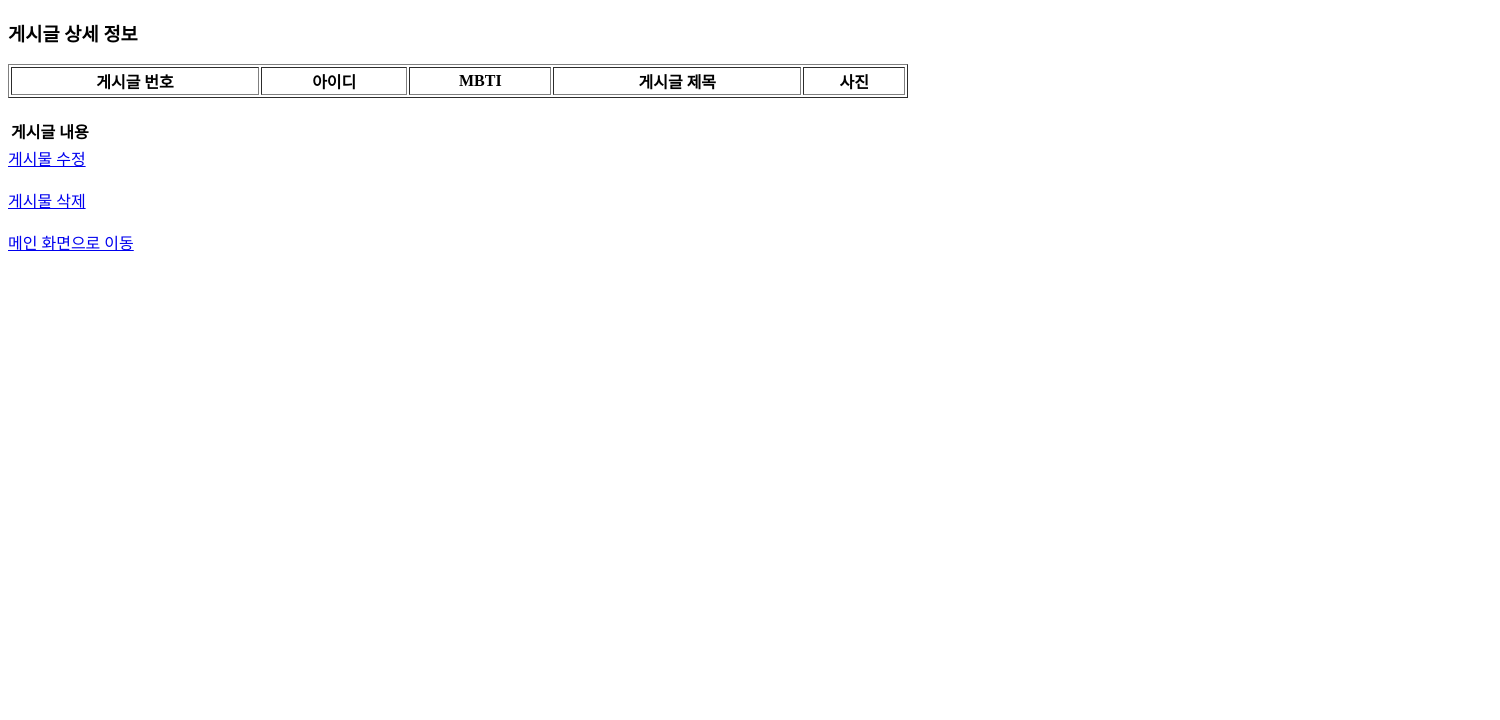
Repository: roditee/backend_mini_project
Page: http://localhost/spring_boot_backend_mini_project1/WEB-INF/views/post/postDetailView.jsp
The author's editor kept a copy of each file at every save. The page is drawn from the files as they stood at one save, then again after the next save.
The browser window is 1280 px wide. The page is 1280 px wide, then 1500 px, so the pictures cover 1500 px, including what lies to the right of the window. The pictures show the whole page.
Some web libraries are served in a nearby version. The page is served by Tomcat 9. Nobody is signed in. Other server files are loaded and not shown. The template is opened directly, without the code that normally fills it, so the values that code supplies are empty.

Above is the page before, as saved 2022-01-19 10:51:45.

### springProject_ex_workspace/spring_boot_backend_mini_project1/src/main/webapp/WEB-INF/views/post/postDetailView.jsp
<%@ page language="java" contentType="text/html; charset=UTF-8"
    pageEncoding="UTF-8"%>
<%@ taglib prefix="c" uri="http://java.sun.com/jsp/jstl/core" %>
<!DOCTYPE html>
<html>
	<head>
		<meta charset="UTF-8">
		<title>게시글 상세 정보</title>
	</head>
	<body>
			<h3>${prd.prdNo } 게시글 상세 정보</h3>
			<table border="1" width="900">
<%-- 				<tr><td>게시글 번호</td><td>${prd.prdNo }</td></tr>
				<tr><td>작성자 아이디</td><td>${prd.prdName }</td></tr>
				<tr><td>작성자 MBTI</td><td>${prd.prdPrice }</td></tr>
				<tr><td>게시글 제목</td><td>${prd.prdCompany }</td></tr>
				<tr><td>이미지</td><td>${prd.prdStock }</td></tr>
<!-- 추가하기 --><tr><td>게시글 내용</td><td>${prd.prdStock }</td></tr> --%>
				<tr><th>게시글 번호</th><th>아이디</th><th>MBTI</th>
						<th>게시글 제목</th><th>사진</th></tr>


				<c:forEach items="${prdList }" var="prd">
			   	<tr><td><a href="<c:url value='/product/detailViewProduct/${prd.prdNo}'/>">${prd.prdNo }</a></td>
			   			<td>${prd.prdName }</td>
			   			<td>${prd.prdPrice }</td>
			   			<td>${prd.prdCompany }</td>
			   			<td>${prd.prdStock }</td>
			   			<td><img src="<c:url value='/images/${prd.prdNo}.jpg'/>" width="30" height="20">
			   					<!-- 또는  -->
			   			        <img src="/mybatis/images/${prd.prdNo}.jpg" width="30" height="20"></td>
			   	</tr>
			   </c:forEach>
			</table><br>
			<table>
			<tr><th>게시글 내용</th></tr>
			 <c:forEach items="${prdList }" var="prd">
			   	<tr><td><a href="<c:url value='/product/detailViewProduct/${prd.prdNo}'/>">${prd.prdNo }</a></td>
			   			<td>${prd.prdStock }</td>
			   	</tr>
			   </c:forEach>
			</table>

			<!-- 상품 정보 수정 화면으로 이동  -->
			<%-- <a href="/mybatis/product/updateProductForm/${prd.prdNo}">상품 정보 수정</a><br><br>
			또는 <br> --%>
			<a href="<c:url value='/product/updateProductForm/${prd.prdNo}'/>">게시물 수정</a><br><br>

			<!-- 상품 정보 삭제 : 삭제 여부 확인 처리 (자바스크립트로) -->
			<a href="javascript:deleteCheck();">게시물 삭제</a><br><br>
			<script type="text/javascript">
				function deleteCheck(){
					var answer = confirm("선택한 게시물을 삭제하시겠습니까?");
					if(answer == true){
						location.href="/product/deleteProduct/${prd.prdNo}";
					}
				}
			</script>

			<a href="<c:url value='/'/>">메인 화면으로 이동</a>
	</body>
</html>

### springProject_ex_workspace/spring_boot_backend_mini_project1/src/main/webapp/WEB-INF/views/layout/top.jsp
<%@ page language="java" contentType="text/html; charset=UTF-8"
    pageEncoding="UTF-8"%>
<%@ taglib prefix="c" uri="http://java.sun.com/jsp/jstl/core"%>
<!DOCTYPE html>
<html>
	<head>
	    <meta charset="UTF-8">
	    <meta http-equiv="X-UA-Compatible" content="IE=edge">
	    <meta name="viewport" content="width=device-width, initial-scale=1.0">
	    <title>KIRRIKKIRI : MBTI 기반 정보 공유</title>
	    <link href="<c:url value='/css/common.css'/>" rel="stylesheet" type="text/css">
	    <link href="<c:url value='/css/menu.css'/>" rel="stylesheet" type="text/css">
	    <link href="<c:url value='/css/mainBanner.css'/>" rel="stylesheet" type="text/css">
	    <link href="<c:url value='/css/section.css'/>" rel="stylesheet" type="text/css">
	    <link href="<c:url value='/css/productDetailView.css'/>" rel="stylesheet" type="text/css">
			<script src="<c:url value='/js/jquery-3.6.0.min.js'/>"></script>
			<script src="<c:url value='/js/main.js'/>"></script>
			<script src="<c:url value='/js/menu.js'/>"></script>
			<script src="<c:url value='/js/chatbot.js'/>"></script>
			<script src="<c:url value='/js/mainBanner.js'/>"></script>
			<script src="<c:url value='/js/zoomImage.js'/>"></script>
	    <script src="<c:url value='/js/mainImg.js'/>"></script>
	    <script src="<c:url value='/js/modal.js'/>"></script>
	    <script src="<c:url value='/js/moveScreen.js'/>"></script>
	    <script src="<c:url value='/js/selectBox.js'/>"></script>
	    <script src="<c:url value='/js/cart.js'/>"></script>
	    <script src="https://kit.fontawesome.com/2d323a629b.js" crossorigin="anonymous"></script>
    </head>
	<body>
		<header>
			<div id="header">
				<div id="mainLogo"><a href="<c:url value='/'/>"><h2>KIRRIKKIRI</h2></a></div>
            	<div id="userManageBtn">
            		<!-- 메뉴 : 로그인 하지 않은 경우  -->
								<c:if test="${empty sessionScope.sid }">
									<a href="<c:url value='/mbtiInfo'/>">MBTI</a>
                  <a href="<c:url value='/join'/>">Join</a>
                  <a href="<c:url value='/login'/>">Login</a>
								</c:if>

								<!-- 메뉴 : 로그인 한 경우  -->
								<c:if test="${not empty sessionScope.sid}">
									<a href="<c:url value='/logout'/>">로그아웃</a>
									<a href="<c:url value='/cart'/>">장바구니</a>
									<a href="<c:url value='/mbtiInfo'/>">MBTI</a>
									<a href="<c:url value='/myFeed'/>">${sessionScope.sid}'s Feed</a>
								</c:if>

                </div>
            </div>
		</header>

        <nav>
            <div class="menu-btn">
                <div class="line line--1"></div>
                <div class="line line--2"></div>
                <div class="line line--3"></div>
            </div>

            <div class="nav-links">
                <ul id="menuGroup">
                    <li class="menu link"><a href="#">NOTICE</a>
                        <ul class="hide">
                            <li class="subMenu"><a href="<c:url value='/'/>">HOME</a></li>
                            <li class="subMenu"><a href="<c:url value='/'/>">공지사항</a></li>
                            <li class="subMenu"><a href="<c:url value='/'/>">EVENT</a></li>
                            <li class="subMenu"><a href="<c:url value='/'/>">FAQ</a></li>
                        </ul>
                    </li>
                    <li class="menu link"><a href="#">MBTI</a>
                        <ul class="hide">
                            <li class="subMenu"><a href="#hotItemsSection">인기 게시글</a></li>
                            <li class="subMenu"><a href="#KIRRIRecommendSection">KIRRI 추천 게시글</a></li>
                            <li class="subMenu"><a href="<c:url value='/mbtiInfo'/>">MBTI 유형별 특징</a></li>
                        </ul>
                    </li>
                    <li class="menu link"><a href="#">KIRRI'S</a>
                        <ul class="hide">
                        		<li class="subMenu"><a href="<c:url value='/'/>">KIRRI's 굿즈</a></li>
                            <li class="subMenu"><a href="<c:url value='/'/>">BrandStory</a></li>
                            <li class="subMenu"><a href="<c:url value='/'/>">주요 사업</a></li>
                            <li class="subMenu"><a href="<c:url value='/'/>">오시는 길</a></li>
                        </ul>
                    </li>
                    <li class="menu link"><a href="#">mbti메뉴</a>
                        <ul class="hide">
                            <li class="subMenu"><a href="<c:url value='/'/>">INTJ</a></li>
                            <li class="subMenu"><a href="<c:url value='/'/>">INTP</a></li>
                            <li class="subMenu"><a href="<c:url value='/'/>">ENTJ</a></li>
                            <li class="subMenu"><a href="<c:url value='/'/>">ENTP</a></li>
                            <li class="subMenu"><a href="<c:url value='/'/>">INFJ</a></li>
                            <li class="subMenu"><a href="<c:url value='/'/>">INFP</a></li>
                            <li class="subMenu"><a href="<c:url value='/'/>">ENFJ</a></li>
                            <li class="subMenu"><a href="<c:url value='/'/>">ENFP</a></li>
                            <li class="subMenu"><a href="<c:url value='/'/>">ISTJ</a></li>
                            <li class="subMenu"><a href="<c:url value='/'/>">ISFJ</a></li>
                            <li class="subMenu"><a href="<c:url value='/'/>">ESTJ</a></li>
                            <li class="subMenu"><a href="<c:url value='/'/>">ESFJ</a></li>
                            <li class="subMenu"><a href="<c:url value='/'/>">ISTP</a></li>
                            <li class="subMenu"><a href="<c:url value='/'/>">ISFP</a></li>
                            <li class="subMenu"><a href="<c:url value='/'/>">ESTP</a></li>
                            <li class="subMenu"><a href="<c:url value='/'/>">ESFP</a></li>
                        </ul>
                    </li>
                </ul>
            </div>
        </nav>
	</body>
</html>

### springProject_ex_workspace/spring_boot_backend_mini_project1/src/main/webapp/WEB-INF/views/layout/bottom.jsp
<%@ page language="java" contentType="text/html; charset=UTF-8"
    pageEncoding="UTF-8"%>
<%@ taglib prefix="c" uri="http://java.sun.com/jsp/jstl/core" %>
<!DOCTYPE html>
<html>
	<head>
		<meta charset="UTF-8">
		<title>KIRRIKKIRI : MBTI 기반 정보 공유</title>
	</head>
	<body>
		<footer>
            <div id="footer">
                <div id="footerInfo">
                    <div id="info1">
                        <h2>KIRRIKKIRI's 고객센터</h2>
                        <h3>1588-7272</h3>
                    </div>
                    <div id="info2">
                        상담시간&nbsp;|&nbsp;
                        평일 10:00 ~ 17:00&nbsp;|&nbsp;
                        주말, 공휴일 휴무&nbsp;|&nbsp;
                        점심시간 12:00 ~ 13:00
                    </div>
                    <div id="info3">
                        <a href="<c:url value='/'/>">브랜드 스토리</a>&nbsp;|&nbsp;
                        <a href="<c:url value='/'/>">회사 소개</a>&nbsp;|&nbsp;
                        <a href="<c:url value='/'/>">채용 정보 </a>&nbsp;|&nbsp;
                        <a href="<c:url value='/'/>">이용 약관</a>&nbsp;|&nbsp;
                        <a href="<c:url value='/'/>">개인 정보 처리 방침</a>&nbsp;|&nbsp;
                        <a href="<c:url value='/'/>">이용 안내</a>&nbsp;|&nbsp;
                        <a href="<c:url value='/'/>">공지사항</a>&nbsp;|&nbsp;
                        <a href="<c:url value='/'/>">고객센터</a>&nbsp;|&nbsp;
                        <a href="<c:url value='/'/>">고객의 소리</a>&nbsp;|&nbsp;
                        <a href="<c:url value='/'/>">제휴/광고 문의</a>
                    </div>
                    <div id="info4">
                        상호명 : (주) KIRRIKKIRI<br/>
                        이메일(고객 문의) : kirrikkiri@mbti.com<br/>
                        주소 : 코끼리아저시 코가손이구 727-2
                    </div>
                </div>
                <div id="toTop">
                    <i id="toTopBtn" class="far fa-hand-point-up"></i>
                </div>
                <div id="chat">
                    <i id="chatbot" class="far fa-comment-alt"></i>
                </div>
            </div>
        </footer>
	</body>
</html>

### springProject_ex_workspace/spring_boot_backend_mini_project1/src/main/resources/static/css/common.css
* {
  margin: 0;
  padding: 0;
  box-sizing: border-box;
}

html {
  scroll-behavior: smooth;
}

html,
body {
  height: 100%;
}

body {
  background: #9b8373;
}
#wrap {
  width: 1500px;
  margin: 0 auto;
}

/************* Header ************/
#header {
  position: relative;
  width: 100%;
  height: 120px;
  background: #9b8373;
  text-align: center;
}

/* main logo */
#mainLogo {
  padding: 10px;
  margin-top: 25px;
}

#mainLogo a {
  text-decoration: none;
  color: #e9e7e3;
  margin-top: 17px;
  font-size: 29px;
}

#mainLogo h2 {
  display: inline;
}

/* btn */
#userManageBtn {
  margin-right: 30px;
}

#userManageBtn > a {
  float: right;
  color: #e9e7e3;
  text-decoration: none;
  font-size: 18px;
  font-weight: bold;
  padding: 0 8px;
}

#userManageBtn > a:hover {
  color: black;
}

/************* SearchBar ************/
#SearchBarBox {
  padding: 50px 0;
}

#SearchBar {
  display: flex;
  justify-content: space-evenly;
  align-items: center;
  width: 40%;
  height: 65px;
  font-size: 20px;
  background-color: #e0d0c0;
  border-radius: 50px;
  padding: 0 20px;
  margin: 0 auto;
}

#SearchBar > div:nth-child(2) {
  width: 80%;
}

#SearchBar:hover {
  background-color: rgb(209, 192, 175);
}

#searchBarInput {
  width: 100%;
  height: 40px;
  background: transparent;
  border: none;
  padding-left: 25px;
  font-size: 20px;
}

#searchBarInput:focus {
  outline: none;
}

#searchBtn {
	visibility: hidden;
}

#SearchBar i:hover {
  opacity: 0.5;
}

/* hotItems */

.mbtiItemsImg {
  box-shadow: 10px 10px 10px -5px rgba(25, 42, 70, 0.2);
  border-radius: 8px;
  margin: 0 10px;
  transition: 0.4s;
  flex-shrink: 0;
}

.mbtiItemsImg:hover {
  box-shadow: 10px 10px 10px 0px rgba(25, 42, 70, 0.2);
  transform: translate(0, -5px);
}

#hotItemsSection {
  margin-top: 145px;
}

.class-list {
  display: flex;
  list-style: none;
  padding: 1rem 0;
  margin: 0;
  overflow: none;
}

a {
  text-decoration-line: none;
}

.class-card {
  height: 300px;
  width: 200px;
  margin: 0 20px;
  transition: 0.4s;
  border-radius: 20px;
  box-shadow: 10px 10px 10px -5px rgba(25, 42, 70, 0.2);
  background-color: #947070;
  transition: 0.4s;
  flex-shrink: 0;
}

.class-card2 {
  height: 450px;
  width: 400px;
  margin: 0 20px;
  transition: 0.4s;
  border-radius: 20px;
  box-shadow: 10px 10px 10px -5px rgba(25, 42, 70, 0.2);
  background-color: #947070;
  transition: 0.4s;
  flex-shrink: 0;
}

.class-card:hover {
  box-shadow: 10px 10px 10px 0px rgba(25, 42, 70, 0.2);
  transform: translate(0, -5px);
}

.class-card2:hover {
  box-shadow: 10px 10px 10px 0px rgba(25, 42, 70, 0.2);
  transform: translate(0, -5px);
}

.class-image {
  max-width: 200px;
  border-radius: 8px 8px 0 0;
}

.class-image2 {
  max-width: 400px;
  max-height: 300px;
  border-radius: 8px 8px 0 0;
}

.class-container {
  width: 100%;
  padding: 0.5rem 1rem 1rem 1rem;
}

.class-skill {
  display: flex;
  justify-content: space-between;
  align-items: center;
}

.class-type {
  font-size: 0.9rem;
  color: #e9e7e3;
}

.class-format {
  font-size: 0.9rem;
  color: #fff;
  background-color: #bd8f3c;
  padding: 0.2rem;
}

.class-desc {
  width: 100%;
  margin-top: 1rem;
  color: #e9e7e3;
}

.class-desc:hover {
  color: #f8b132;
}

.class-title {
  font-weight: bold;
  color: inherit;
  width: 100%;
  white-space: nowrap;
  overflow: hidden;
  text-overflow: ellipsis;
  margin-bottom: 0.5rem;
}

.class-detail {
  font-size: 0.9rem;
  color: inherit;
  line-height: 1.5rem;
}

/************* Footer ************/
#footer {
  margin-top: 150px;
  width: 100%;
  height: 400px;
  padding: 80px 13px 35px 13px;
  background: #9b8373;
}

/* info */
#info1 h3 {
  margin-top: 8px;
}

#footerInfo > div {
  margin-top: 18px;
  color:#e9e7e3;
}

#footer a {
  text-decoration: none;
  color: #e9e7e3;
  margin: 0 12px 0 0;
}

#info4 {
  line-height: 28px;
}

/* toTopBtn */
#toTopBtn {
  position: fixed;
  top: 90%;
  left: 90%;
  font-size: 50px;
  color:#e9e7e3;
}

#toTopBtn:hover {
  opacity: 0.7;
  cursor: pointer;
}

/* chatbot */
#chatbot {
  position: fixed;
  top: 84%;
  left: 90%;
  font-size: 50px;
  color:#e9e7e3;
}

#chatbot:hover {
  opacity: 0.7;
  cursor: pointer;
}

### springProject_ex_workspace/spring_boot_backend_mini_project1/src/main/resources/static/css/menu.css
/************* Menu ************/
nav {
  /* overflow: hidden; */
  position: relative;
  transform: translateX(-170px);
  width: 270px;
  transition: all 800ms cubic-bezier(0.8, 0, 0.33, 1);
  border-radius: 0% 0% 100% 50%;
}

nav.nav-open {
  transform: translateX(0px);
  border-radius: 0% 0% 0% 0%;
  background: rgba(255, 255, 255, 0.6);
  z-index: 10000;
}

nav .menu-btn {
  position: fixed;
  top: -80px;
  left: 84%;
  padding: 0;
  width: 30px;
  cursor: pointer;
  z-index: 2;
}

nav .menu-btn .line {
  padding: 0;
  width: 30px;
  background:#e9e7e3;
  height: 2px;
  margin: 5px 0;
  transition: all 700ms cubic-bezier(0.9, 0, 0.33, 1);
}

nav .menu-btn .line.line--1 {
  width: 30px;
  transform: rotate(0) translateY(0);
}

nav .menu-btn .line.line--1.line-cross {
  width: 30px;
  transform: rotate(45deg) translateY(10px);
  background: #e9e7e3;
}

nav .menu-btn .line.line--2 {
  width: 28px;
  transform: translateX(0);
}

nav .menu-btn .line.line--2.line-fade-out {
  width: 28px;
  transform: translate(30px);
  opacity: 0;
}

nav .menu-btn .line.line--3 {
  width: 20px;
  transform: rotate(0) translateY(0);
}

nav .menu-btn .line.line--3.line-cross {
  width: 30px;
  transform: rotate(-45deg) translateY(-10px);
  background: #e9e7e3;
}

nav .nav-links {
  position: absolute;
  left: 0;
  top: 0;
  width: 100%;
  height: 100%;
  display: flex;
  flex-direction: column;
  justify-content: center;
  transform: translateX(-100px);
  opacity: 0;
  transition: all 900ms cubic-bezier(0.9, 0, 0.33, 1);
}

nav .nav-links.fade-in {
  opacity: 1;
  transform: translateX(0px);
}

nav .nav-links .link {
  margin: 20px 0 30px 0;
  text-decoration: none;
  font-family: sans-serif;
  color: #e9e7e3;
  font-weight: 700;
  text-transform: uppercase;
  font-size: 10px;
  transition: all 300ms cubic-bezier(0.9, 0, 0.33, 1);
}

nav .nav-links .link:hover {
  color: #e9e7e3;
}

.link a {
  margin: 0 20px;
  color: rgb(70, 53, 40);
  font-size: 18px;
  transition: all 400ms ease;
  font-size: 18px;
}

a:hover {
  color: #8b6452;
}

#subMenuList {
  list-style: none;
}

#menuGroup {
  list-style: none;
  position: absolute;
  top: -100px;
  background: #e0d0c0;
  z-index: 100;
  border-top-right-radius: 78px;
  border-bottom-right-radius: 78px;
  width: 205px;
}

.menu .hide {
  display: none;
}

.hide {
  list-style: none;
  padding-left: 10px;
  padding-top: 4px;
}

.subMenu {
  margin-bottom: 3px;
}

.subMenu > a {
  text-decoration: none;
}

### springProject_ex_workspace/spring_boot_backend_mini_project1/src/main/resources/static/css/mainBanner.css
/* mainBanner.css */

#mainBanner {
  position: relative;
  width: 100%;
  height: 570px;
  background: #f4f2f1;
  z-index: -100;
}

/* 폰트 적용 */
@import url(//fonts.googleapis.com/earlyaccess/notosanskr.css);

html {
  font-family: "Noto Sans KR", sans-serif;
}

/* 노말라이즈 */
body,
ul,
li,
h1,
h2,
h3,
h4,
h5 {
  margin: 0;
  padding: 0;
  list-style: none;
}

a {
  color: inherit;
  text-decoration: none;
}

/* 커스텀 */

/* 슬라이더 1 시작 */
.slider-1 {
  height: 400px;
  position: relative;
}

/* 슬라이더 1 - 페이지 버튼 */
.slider-1 > .page-btns {
  text-align: center;
  position: absolute;
  bottom: 20px;
  left: 0;
  width: 100%;
}

.slider-1 > .page-btns > div {
  width: 20px;
  height: 20px;
  background-color: rgba(255, 255, 255, 0.5);
  border-radius: 4px;
  display: inline-block;
  cursor: pointer;
}

.slider-1 > .page-btns > div.active {
  background-color: rgba(255, 255, 255, 1);
}

/* 슬라이더 1 - 슬라이드 */

.slider-1 > .slides > div {
  position: absolute;
  top: 0;
  left: 0;
  right: 0;
  bottom: 0;
  opacity: 0;
  transition: opacity 0.3s;
  background-position: center;
  background-size: cover;
  background-repeat: no-repeat;
}

.slider-1 > .slides > div.active {
  opacity: 1;
}

/* 슬라이더 좌우 버튼 */
.slider-1 > .side-btns > div {
  position: absolute;
  top: 0;
  left: 0;
  width: 25%;
  height: 100%;
  cursor: pointer;
}
.slider-1 > .side-btns > div:last-child {
  left: auto;
  right: 0;
}
.slider-1 > .side-btns > div > span {
  position: absolute;
  top: 50%;
  left: 20px;
  transform: translatey(-50%);
  background-color: white;
  opacity: 0.5;
  padding: 1px 13px;
  border-radius: 50px;
  font-size: 25px;
}
.slider-1 > .side-btns > div:last-child > span {
  left: auto;
  right: 20px;
}

/* 슬라이더 1 끝 */

/************* prev/next Button ************/
#prevNextBtnGroup {
  position: relative;
  z-index: 10;
}

#prevBtn {
  position: absolute;
  top: 240px;
  left: 2%;
  width: 65px;
  opacity: 0.6;
  cursor: pointer;
  color: red;
}

#nextBtn {
  position: absolute;
  top: 240px;
  right: 2%;
  width: 65px;
  opacity: 0.6;
  cursor: pointer;
  color: red;
}

#prevBtn:hover {
  opacity: 0.8;
}
#nextBtn:hover {
  opacity: 0.8;
}

/************* slideBanner ************/
#slideBannerGroup {
  width: 100%;
  height: 530px;
  overflow: hidden;
  text-align: center;
}

#slideBanner {
  position: relative;
  width: 7500px;
  height: 530px;
}

.bannerItems {
  float: left;
  width: 1500px;
  height: 530px;
}

/************* 배너 하단 control Button ************/
#bannerControlGroup {
  margin: 0 auto;
  width: 160px;
  text-align: center;
}

.bannerControl {
  margin: 15px 5px 0 5px;
  width: 12px;
  height: 12px;
}

### springProject_ex_workspace/spring_boot_backend_mini_project1/src/main/resources/static/css/section.css
/************* Section ************/

/************* MBTI Category ************/
#mbtiCtgGroup {
  width: 100%;
  height: 300px;
  margin-top: 40px;
  background: #9b8373;
  height: 205px;
  padding: 23px 0;
}

.mbtiCtg {
  display: flex;
  list-style: none;
  justify-content: space-evenly;
  margin: 17px 70px 0px 70px;
}

.mbtiItemsImg > img {
  width: 63px;
  height: 63px;
  border-radius: 16px;
}

.mbtiItemsImg > img:hover {
  opacity: 0.6;
}

.mbtiCtgItems a {
  color: #e9e7e3;
  text-decoration: none;
  font-weight: bold;
}

.mbtiItemsText {
  text-align: center;
}

/************* 인기 게시글 ************/
#hotItemsSection {
  width: 100%;
  background: #9b8373;
  padding: 35px 0;
}

#hotItemsSection > h2 {
  padding: 0px 13px 13px 38px;
  color: #e9e7e3;
}

.hotItemGroup {
  display: flex;
  justify-content: space-evenly;
}

.hotItems {
  width: 200px;
  height: 250px;
  border-radius: 20px;
  background: white;
  margin: 10px 0;
}

.hotItems:hover {
  opacity: 0.8;
}

/************* 추천게시글 ************/
#KIRRIRecommendSection, #KIRRIGoodsSection {
  width: 100%;
  height: 450px;
  background: #9b8373;
  padding: 35px 0;
  margin-bottom: 90px;
  padding-top: 75px;
}

#KIRRIRecommendSection h2, #KIRRIGoodsSection h2 {
  padding: 0px 13px 13px 38px;
  color:#e9e7e3;
}
.KIRRIRecommendGroup, .KIRRIGoodsGroup {
  display: flex;
  justify-content: space-evenly;
}

.KIRRIRecommendItems {
  width: 400px;
  height: 350px;
  border-radius: 20px;
  background: white;
  margin: 10px 0;
}

.KIRRIRecommendItems:hover {
  opacity: 0.8;
}

Loaded but not shown: springProject_ex_workspace/spring_boot_backend_mini_project1/src/main/resources/static/js/jquery-3.6.0.min.js (library); springProject_ex_workspace/spring_boot_backend_mini_project1/src/main/resources/static/js/mainImg.js (65 lines, source omitted); springProject_ex_workspace/spring_boot_backend_mini_project1/src/main/resources/static/js/zoomImage.js (106 lines, source omitted); springProject_ex_workspace/spring_boot_backend_mini_project1/src/main/resources/static/js/mainBanner.js (70 lines, source omitted); springProject_ex_workspace/spring_boot_backend_mini_project1/src/main/resources/static/js/cart.js (62 lines, source omitted); springProject_ex_workspace/spring_boot_backend_mini_project1/src/main/resources/static/js/menu.js (28 lines, source omitted); springProject_ex_workspace/spring_boot_backend_mini_project1/src/main/resources/static/js/chatbot.js (33 lines, source omitted); springProject_ex_workspace/spring_boot_backend_mini_project1/src/main/resources/static/js/modal.js (17 lines, source omitted); springProject_ex_workspace/spring_boot_backend_mini_project1/src/main/resources/static/js/moveScreen.js (17 lines, source omitted); springProject_ex_workspace/spring_boot_backend_mini_project1/src/main/resources/static/js/selectBox.js (13 lines, source omitted); springProject_ex_workspace/spring_boot_backend_mini_project1/src/main/resources/static/js/main.js (8 lines, source omitted); springProject_ex_workspace/spring_boot_backend_mini_project1/src/main/resources/static/css/productDetailView.css (528 lines, source omitted)

After the next save:
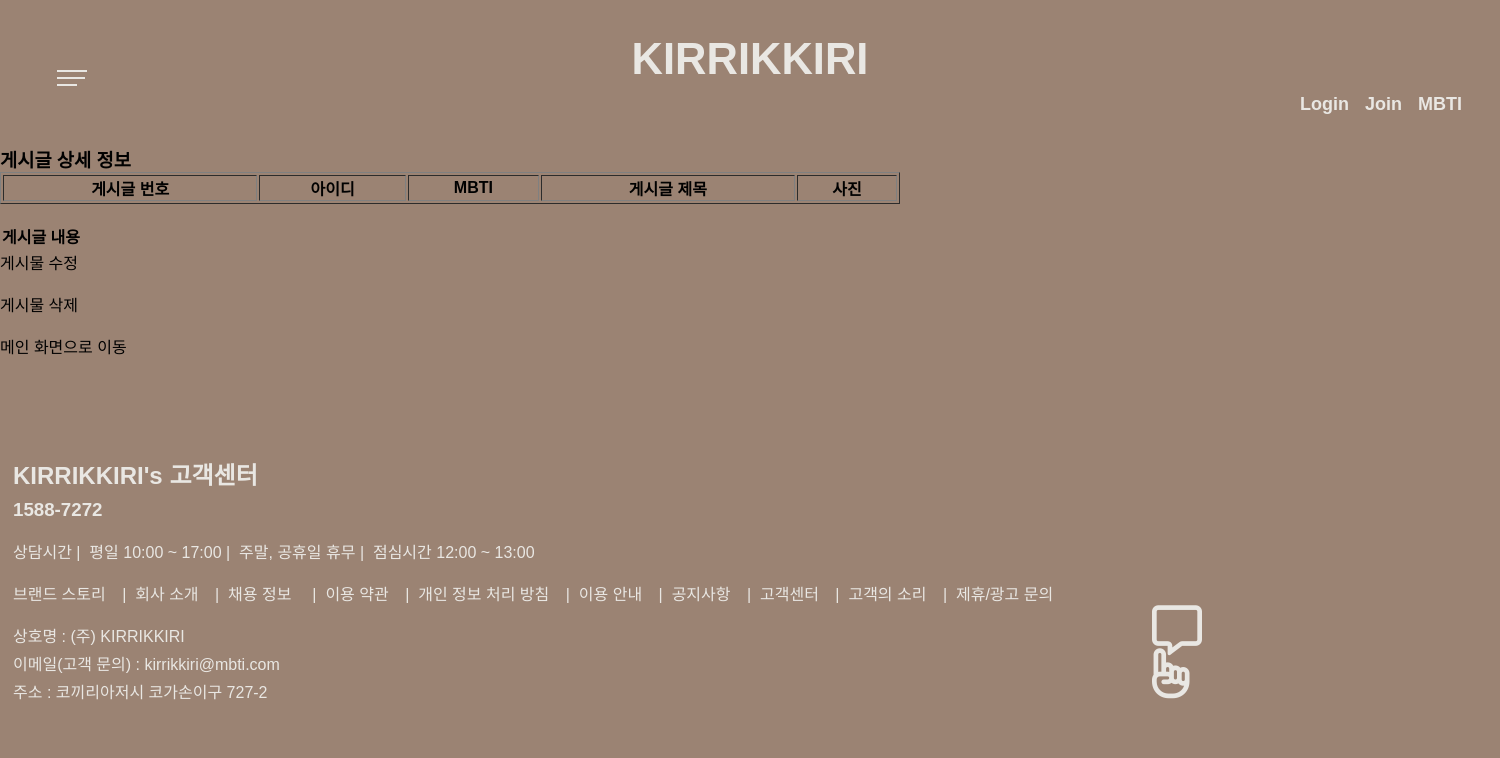
Saved 5 min 55 s later.
--- a/springProject_ex_workspace/spring_boot_backend_mini_project1/src/main/webapp/WEB-INF/views/post/postDetailView.jsp
+++ b/springProject_ex_workspace/spring_boot_backend_mini_project1/src/main/webapp/WEB-INF/views/post/postDetailView.jsp
@@ -8,6 +8,11 @@
 		<title>게시글 상세 정보</title>
 	</head>
 	<body>
+		<div id="wrap">
+			<!-- TOP -->
+			<jsp:include page="/WEB-INF/views/layout/top.jsp" flush='true'/>
+
+	        <section>
 			<h3>${prd.prdNo } 게시글 상세 정보</h3>
 			<table border="1" width="900">
 <%-- 				<tr><td>게시글 번호</td><td>${prd.prdNo }</td></tr>
@@ -58,5 +63,9 @@
 			</script>
 
 			<a href="<c:url value='/'/>">메인 화면으로 이동</a>
+			</section>
+
+			<!-- bottom -->
+			<jsp:include page="/WEB-INF/views/layout/bottom.jsp" flush='true'/>
 	</body>
 </html>
